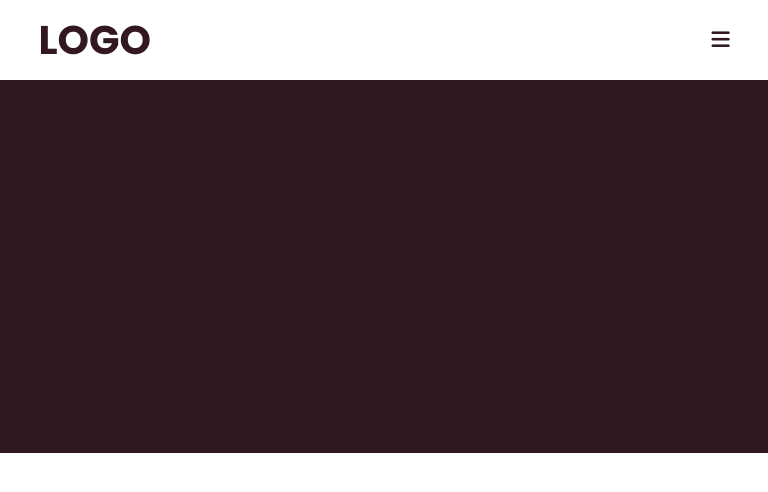
Repository: Matheus904-12/Teste
Page: teste.html
The author's editor kept a copy of each file at every save. The page is drawn from the files as they stood at one save, then again after a run of saves.
The browser window is 768 px wide. The pictures show the whole page.
Some web libraries are served in a nearby version.

Above is the page before, as saved 2023-11-01 10:21:07.

### teste.html
<!DOCTYPE html>
<html lang="en">
<head>
    <meta charset="UTF-8">
    <meta name="viewport" content="width=device-width, initial-scale=1.0">
    <title>Document</title>
    <link rel="stylesheet" href="css.css">
    <link rel="stylesheet" href="https://cdnjs.cloudflare.com/ajax/libs/font-awesome/6.4.0/css/all.min.css">
    <script src="https://cdn.jsdelivr.net/npm/gsap@3.12.2/dist/gsap.min.js"></script>
</head>
<body>
    <header>
        <div class="logo">
            Logo
        </div>
        <nav>
            <ul class="menu">
                <li><a href="#">Início</a></li>
                <li><a href="#">Compras</a></li>
                <li><a href="#">Sobre</a></li>
                <li><a href="#">Biografia</a></li>
                <li><a href="#">Galeria</a></li>
            </ul>
            <i class="fa-solid fa-bars" id="toggle"></i>
        </nav>
    </header>
</body>
</html>

### css.css
@import url('https://fonts.googleapis.com/css?family=Poppins:ital,wght@0,100;0,200;0,300;0,400;0,500;0,600;0,700;0,800;0,900;1,100;1,200;1,300;1,400;1,500;1,600;1,700;1,800;1,900&display=swap');

*{
    margin: 0;
    padding: 0;
    box-sizing: border-box;
    list-style: none;
    text-decoration: none;
    font-family: "Poppins", sans-serif;
}

body {
    min-height: 100vh;
    min-width: 400px;
    overflow: hidden;
}

header {
    display: flex;
    align-items: center;
    justify-content: flex-end;
    width: 100%;
    height: 80px;
    padding: 0 5%;
    color: #311822;
    font-size: 18px;
}

header .logo {
    color:#311822;
    font-size: 2.5rem;
    font-weight: 700;
    text-transform: uppercase;
    margin-right: auto;
}

header nav {
    display: flex;
    align-items: center;
}

header nav .menu {
    display: flex;
    align-items:center;
}

header nav .menu li a {
    position: relative;
    color:#311822;
    font-size: 1rem;
    font-weight: 600;
    margin-left: 40px;
    border-radius: 0.4rem;
    transition: color 0.4s ease;
}

header nav .menu li a:hover {
    color: #fff
}

header nav #toggle {
    font-size: 1.3rem;
    margin-left: 80px;
    cursor: pointer;
}

@media (max-width:800px) {
    .home {
        min-width: 390px;
    }
    .home h1 {
        margin-top: 5px;
        font-size: 4rem;
        font-weight: 700;
    }
    .home h2 {
        margin-top: 10px;
    }
    header nav .menu{
        flex-direction: column;
        row-gap: 2rem;
        position: absolute;
        left: -00%;
        top: 80px;
        width: 100%;
        padding-top: 110px;
        background: #311822;
        height: calc;
    }
}

After the next 2 saves:
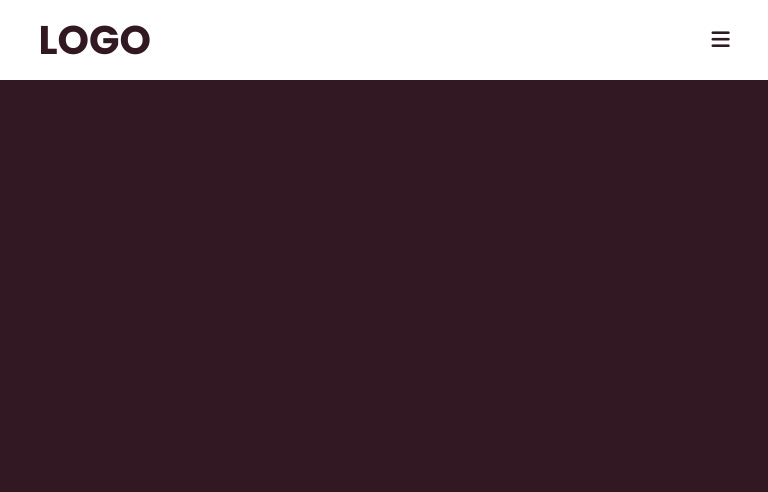
The 2 saves are shown as one change because they came seconds apart.
The last was saved 8 s later.
--- a/css.css
+++ b/css.css
@@ -85,6 +85,6 @@ header nav #toggle {
         width: 100%;
         padding-top: 110px;
         background: #311822;
-        height: calc;
+        height: calc(100vh - 80px);
     }
 }
